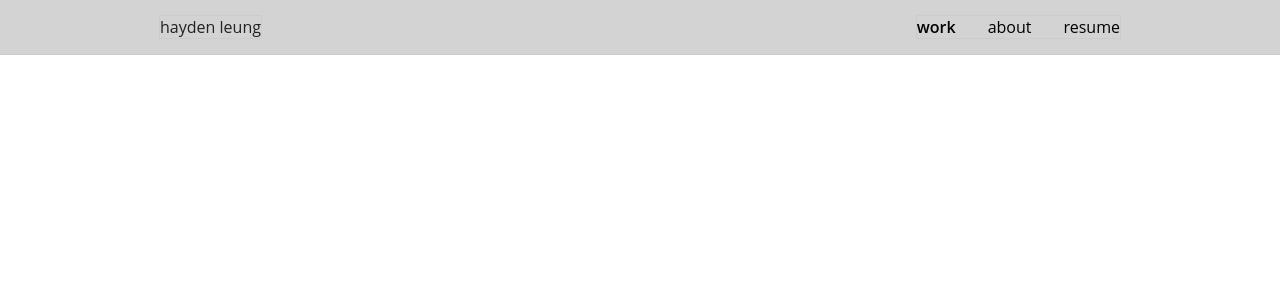
Repository: Haydenleung/Artifact
Page: /
These files come from the project's save history. The page is drawn as it stood at one moment and after the next save; the edit follows.
The browser window is 1280 px wide. The pictures show the whole page.
The project was rebuilt for these pictures with package versions that can differ from the ones it lists, and the page was loaded fresh each time. The framework's server and built-in components were replaced by stand-ins that run in the browser. Also part of the build but not shown: next.config.mjs.

Above is the page before, as saved 2024-01-26 23:31:34.

### src/pages/index.tsx
import Image from "next/image";
import Navbar from "@/components/Navbar";

export default function Home() {
  return (
    <main className={"page"}>
      <Navbar />

    </main>
  )
}

### src/styles/globals.css
/* ==========================================================================
    [Table of contents]

    1. BASE
        1.1 Page Rendering Defaults
        1.2 Core Styling
        1.3 Typography
    2. LAYOUT
        2.1 Core Layout
        2.2 Small only
        2.3 medium and up
        2.4 Medium only
        2.5 large screens and up
    3. UTILITY classes
    4. PRINT

    ========================================================================== */

/* ==========================================================================
   BASE
   ========================================================================== */

/* 1.1 Page Rendering Defaults */

html {
  color: #222;
  font-size: 1em;
}

::-moz-selection {
  background: #b3d4fc;
  text-shadow: none;
}

::selection {
  background: #b3d4fc;
  text-shadow: none;
}

audio,
canvas,
iframe,
i,
img,
svg,
video {
  vertical-align: middle;
}

fieldset {
  border: 0;
  margin: 0;
  padding: 0;
}

textarea {
  resize: vertical;
}

/* 1.2 Core Styling */

/* refer to https://css-tricks.com/box-sizing/ */

*,
*:before,
*:after {
  box-sizing: border-box;
}

img {
  width: 100%;
}

/* 1.3 Typgraphy */

@import url('https://fonts.googleapis.com/css2?family=Open+Sans:ital,wght@0,300;0,400;0,500;0,600;0,700;0,800;1,300;1,400;1,500;1,600;1,700;1,800&display=swap');

h1,
h2,
h3,
h4,
h5,
h6 {
  font-weight: 400;
  text-align: center;
  margin: 0;
}

h1 {
  font-size: 24pt;
  font-weight: 200;
}

h2 {
  font-size: 16pt;
}

h4 {
  font-size: 9pt;
}

h5 {
  font-size: 8pt;
}

* {
  font-family: 'Open Sans', sans-serif;
}


/* ==========================================================================
 2. LAYOUT
 ========================================================================== */

/* Helper to display empty layout containers*/

div,
main,
section,
footer,
header {
  outline: 1px solid #ccc;
}

body {
  padding: 0;
  margin: 0;
}

/* 2.1 Core layout */

.row {
  display: grid;
  row-gap: 1rem;
}

.col {
  position: relative;
}

.page {
  display: flex;
  flex-direction: column;
  justify-content: center;
  align-items: center;
}


/* Navbar */

/* 2.2 Small only */

@media screen and (max-width: 39.9375em) {}

/* 2.3 medium and up */

@media screen and (min-width: 40em) {}

/* 2.4 Medium only */

@media screen and (min-width: 40em) and (max-width: 63.9375em) {}

/* 2.5 large screens and up 2.6 Large only */

/* @media screen and (min-width: 64em) {

} */

### src/components/Navbar/index.tsx
import styles from './navbar.module.css'
import Image from 'next/image'
import Link from 'next/link'
import { useState } from 'react'

export default function Navbar() {

    const [isPage, setIsPage] = useState("Work");

    return (
        <div className={styles.container}>
            <div className={styles.logo}>hayden leung</div>
            <div className={styles.pages}>
                <Link href="/" className={isPage === "Work" ? styles.bold : styles.normal}>work</Link>
                <Link href="/" className={isPage === "about" ? styles.bold : styles.normal}>about</Link>
                <Link href="/" className={isPage === "resume" ? styles.bold : styles.normal}>resume</Link>
            </div>
        </div>
    )
}

### src/components/Navbar/navbar.module.css
.container {
    background-color: lightgrey;
    padding: 0.5rem;
    width: 100%;
    padding: 1rem 10rem;
    display: flex;
    flex-direction: row;
    justify-content: space-between;
    position: sticky;
    min-height: 44px;
}

.logo {}

.pages {
    display: flex;
    flex-direction: row;
    gap: 2rem;
}

.bold {
    font-weight: 600;
    color: black;
    text-decoration: none;
}

.normal {
    color: black;
    text-decoration: none;
}

Loaded but not shown: src/pages/_app.tsx (common file); src/pages/_document.tsx (common file)

After the next save:
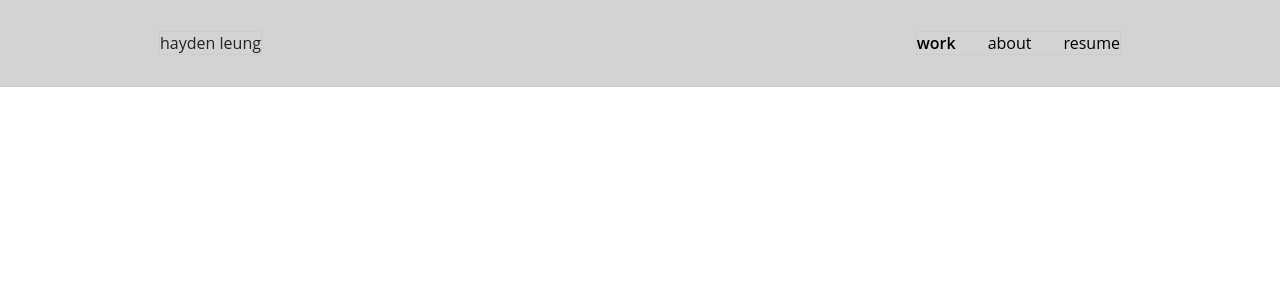
Saved 19 min 4 s later.
--- a/src/components/Navbar/navbar.module.css
+++ b/src/components/Navbar/navbar.module.css
@@ -2,7 +2,7 @@
     background-color: lightgrey;
     padding: 0.5rem;
     width: 100%;
-    padding: 1rem 10rem;
+    padding: 2rem 10rem;
     display: flex;
     flex-direction: row;
     justify-content: space-between;
